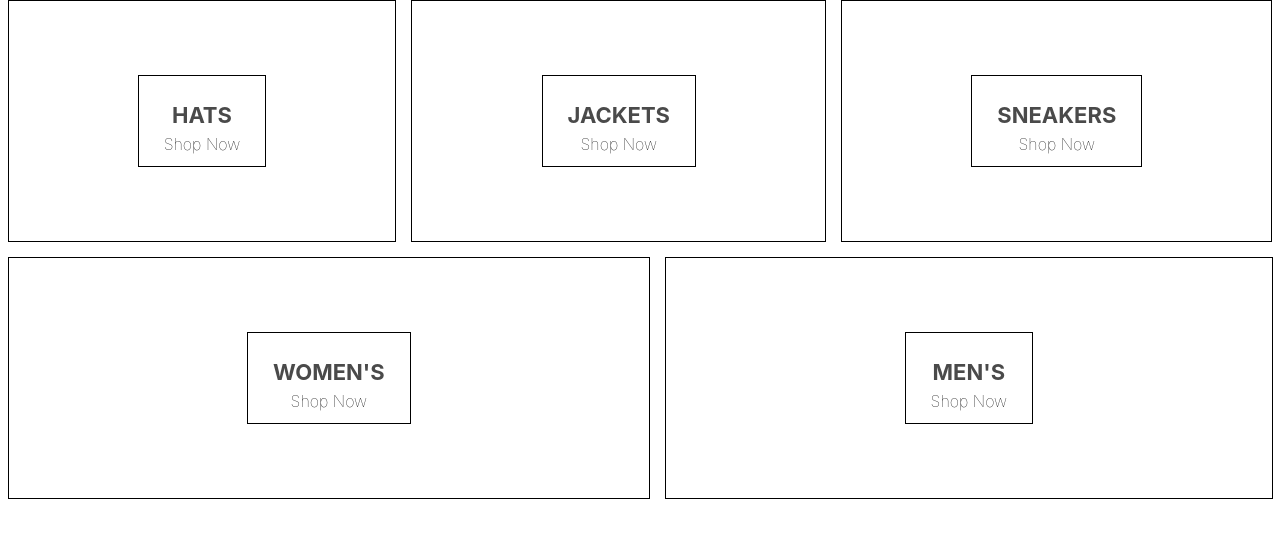
Repository: MikeTroianello/commerce-store
Page: /signin
An editor plug-in stored every save of this project. The page is shown before and after the next save, followed by the edit.
The browser window is 1280 px wide. The pictures show the whole page.
The project was rebuilt for these pictures with package versions that can differ from the ones it lists, and the page was loaded fresh each time. Also part of the build but not shown: src/App.css.

Above is the page before, as saved 2019-09-09 22:51:45.

After the next save:
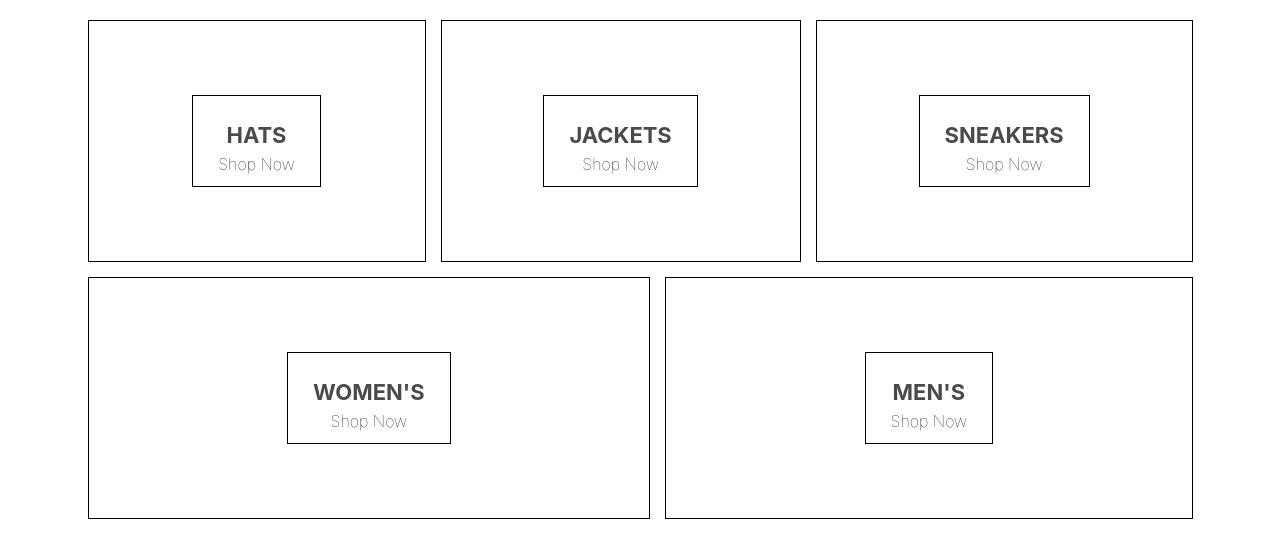
Saved 4 s later.
--- a/src/pages/homepage/homepage.styles.scss
+++ b/src/pages/homepage/homepage.styles.scss
@@ -1,9 +1,9 @@
-// .homepage {
-//   display: flex;
-//   flex-direction: column;
-//   align-items: center;
-//   padding: 20px 80px;
-// }
+.homepage {
+  display: flex;
+  flex-direction: column;
+  align-items: center;
+  padding: 20px 80px;
+}
 
 .directory-menu {
   width: 100%;
